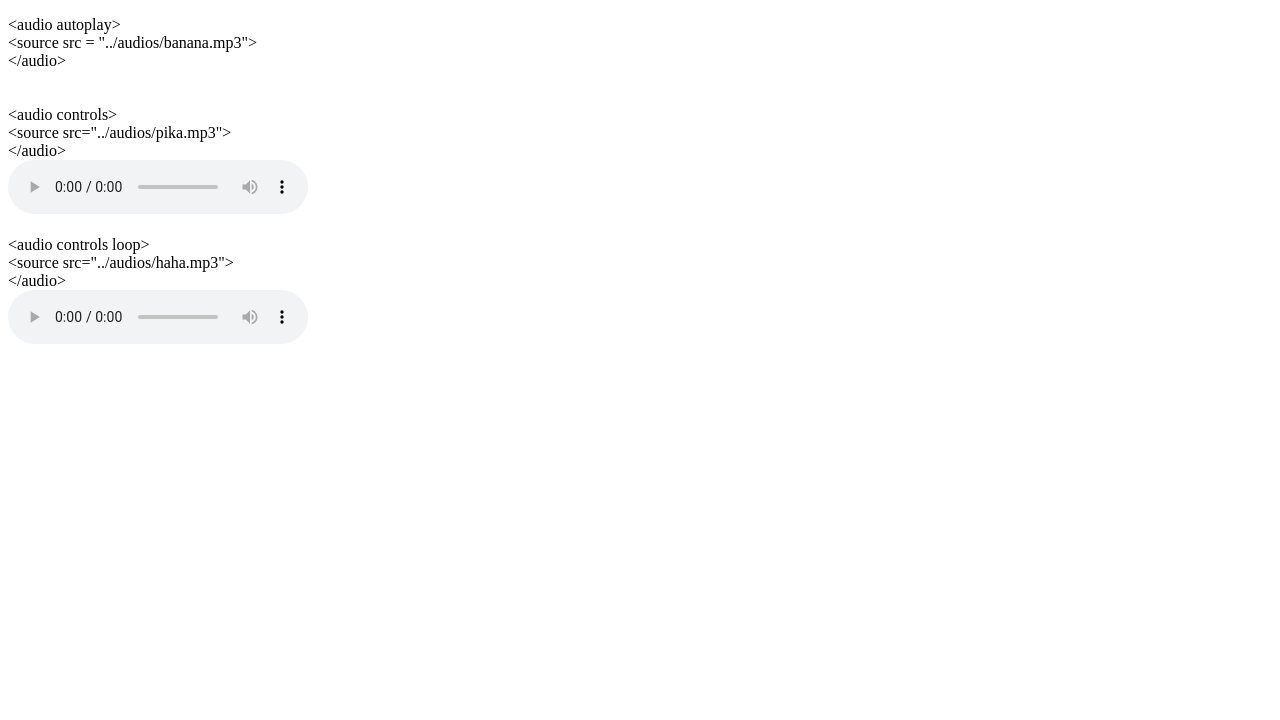
Repository: poomshen/team_03_project2
Page: WebBasic/WebContent/team/audio.html
These files come from the project's save history. The page is drawn as it stood at one moment and after the next save; the edit follows.
The browser window is 1280 px wide. The pictures show the whole page.

Above is the page before, as saved 2016-08-31 09:06:38.

After the next save:
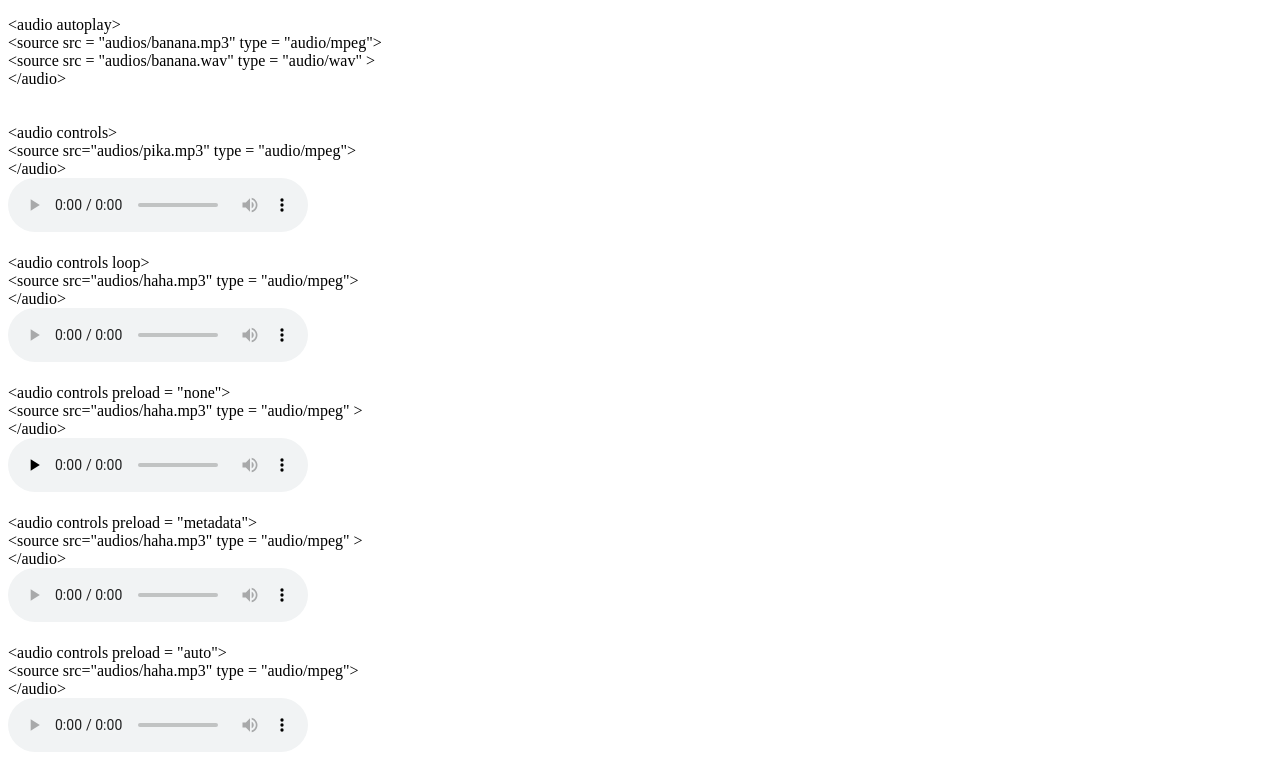
Saved 22 s later.
--- a/WebBasic/WebContent/team/audio.html
+++ b/WebBasic/WebContent/team/audio.html
@@ -5,34 +5,56 @@
 <title>Insert title here</title>
 </head>
 <body>
-	<p>
-	&lt;audio autoplay&gt;<br>
-		&lt;source src = "../audios/banana.mp3"&gt;<br>
-	&lt;/audio&gt;
-	<br>
-	<audio autoplay>
-		<source src = "../audios/banana.mp3">
-	</audio>
-	<br><br>
+   <p>
+   &lt;audio autoplay&gt;<br>
+      &lt;source src = "audios/banana.mp3" type = "audio/mpeg"&gt;<br>
+      &lt;source src = "audios/banana.wav" type = "audio/wav" &gt;<br>
+   &lt;/audio&gt;
+   <br>
+   <audio autoplay>
+      <source src = "audios/banana.mp3" type = "audio/mpeg">
+      <source src = "audios/banana.wav" type = "audio/wav">
+   </audio>
+   <br><br>
 
-	&lt;audio controls&gt;<br>
-		&lt;source src="../audios/pika.mp3"&gt;<br>
-	&lt;/audio&gt;<br>
-	<audio controls>
-		<source src="../audios/pika.mp3">
-	</audio>
-	<br><br>
+   &lt;audio controls&gt;<br>
+      &lt;source src="audios/pika.mp3" type = "audio/mpeg"&gt;<br>
+   &lt;/audio&gt;<br>
+   <audio controls>
+      <source src="audios/pika.mp3 " type = "audio/mpeg">
+   </audio>
+   <br><br>
 
-	&lt;audio controls loop&gt;<br>
-		&lt;source src="../audios/haha.mp3"&gt;<br>
-	&lt;/audio&gt;<br>
-	<audio controls loop>
-		<source src="../audios/haha.mp3">
-	</audio>
-	<br><br>
+   &lt;audio controls loop&gt;<br>
+      &lt;source src="audios/haha.mp3" type = "audio/mpeg"&gt;<br>
+   &lt;/audio&gt;<br>
+   <audio controls loop>
+      <source src="audios/haha.mp3" type = "audio/mpeg">
+   </audio>
+   <br><br>
+
+   &lt;audio controls preload = "none"&gt;<br>
+      &lt;source src="audios/haha.mp3" type = "audio/mpeg" &gt;<br>
+   &lt;/audio&gt;<br>
+   <audio controls preload = "none">
+      <source src="audios/haha.mp3" type = "audio/mpeg">
+   </audio><br><br>
 
 
-	</p>
+   &lt;audio controls preload = "metadata"&gt;<br>
+      &lt;source src="audios/haha.mp3" type = "audio/mpeg" &gt;<br>
+   &lt;/audio&gt;<br>
+   <audio controls preload = "metadata">
+      <source src="audios/haha.mp3" type = "audio/mpeg">
+   </audio><br><br>
+
+   &lt;audio controls preload = "auto"&gt;<br>
+      &lt;source src="audios/haha.mp3" type = "audio/mpeg"&gt;<br>
+   &lt;/audio&gt;<br>
+   <audio controls preload = "auto">
+      <source src="audios/haha.mp3" type = "audio/mpeg">
+   </audio>
+   </p>
 
 
 
